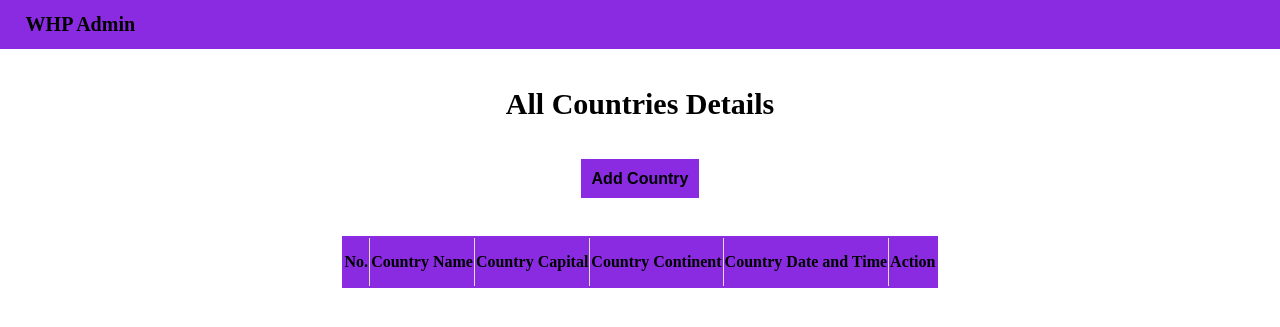
Repository: sabinaPetrisor/World_Hour_Project
Page: http://localhost/WorldHourProject/jsp/admin.jsp
These files come from the project's save history. The page is drawn as it stood at one moment and after the next save; the edit follows.
The browser window is 1280 px wide. The pictures show the whole page.
The page is served by Tomcat 9. Queries for data that is not in the repository find no rows.

Above is the page before, as saved 2023-08-09 07:29:56.

After the next save:
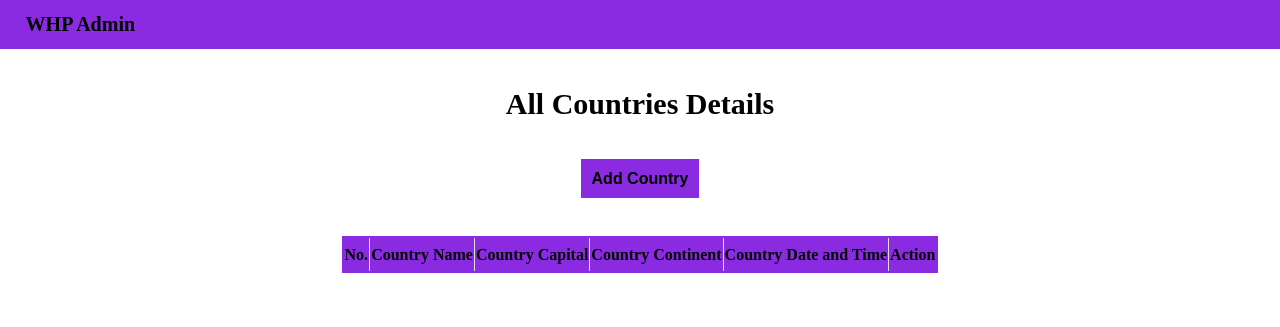
Saved 16 s later.
--- a/WorldHourProject/src/main/webapp/css/admin.css
+++ b/WorldHourProject/src/main/webapp/css/admin.css
@@ -43,7 +43,7 @@
 .tbl-col-names {
 	border: 2px solid blueviolet;
 	background-color: blueviolet;
-	height: 50px;
+	height: 35px;
 }
 
 .tbl td, .tbl-col-names th {
